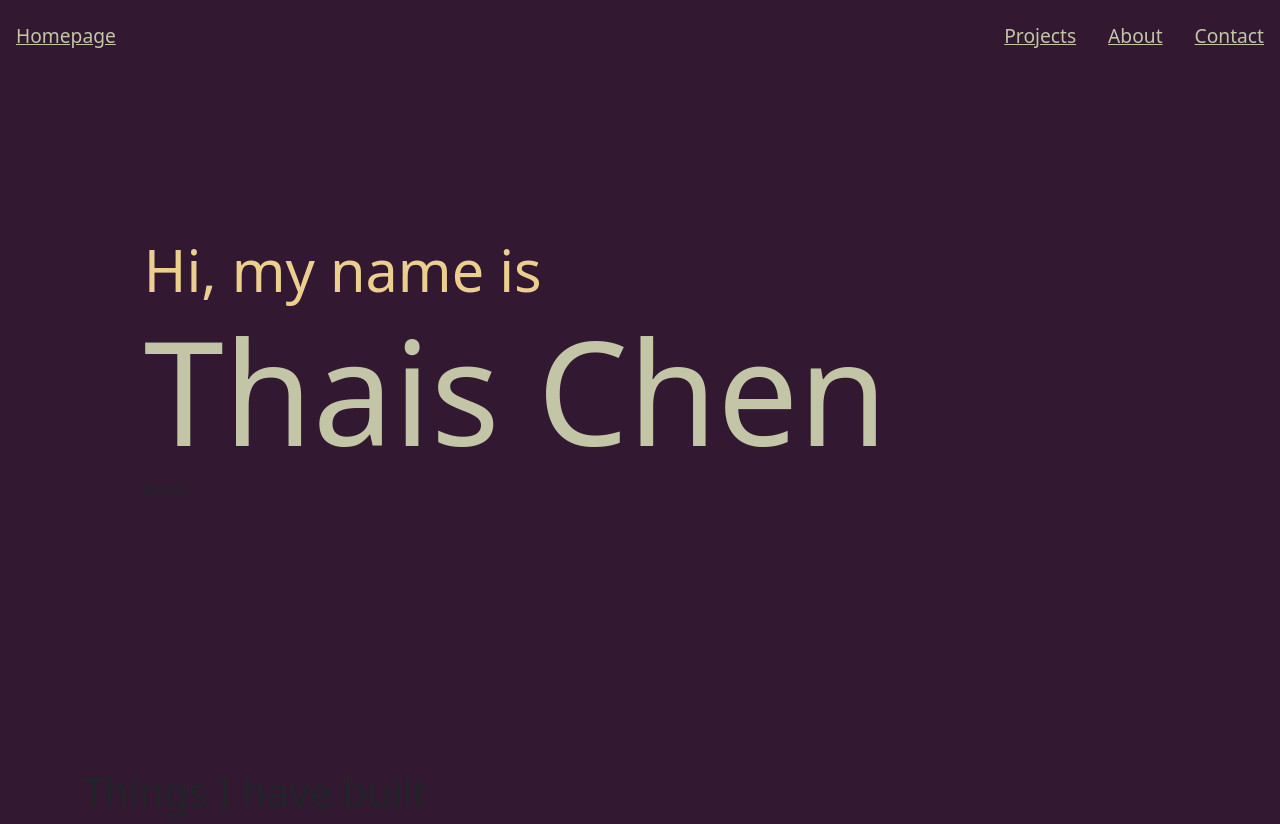
Repository: thais-chen/Portfolio
Page: index.html
An editor plug-in stored every save of this project. The page is shown before and after the next save, followed by the edit.
The browser window is 1280 px wide. The pictures show the part of the page from y = 0 to 824 px (the page is 2088 px tall before and 2117 px after).
Pictures or frames that could not be fetched are drawn as grey boxes.

Above is the page before, as saved 2022-06-17 20:02:33.

### index.html
<!DOCTYPE html>
<html lang="en">
  <head>
    <meta charset="UTF-8">
    <meta name="viewport" content="width=device-width, initial-scale=1.0">
    <meta http-equiv="X-UA-Compatible" content="ie=edge">
    <title>Thais Chen</title>
    <!-- CSS only -->
<link href="https://cdn.jsdelivr.net/npm/bootstrap@5.2.0-beta1/dist/css/bootstrap.min.css" rel="stylesheet"
    integrity="sha384-0evHe/X+R7YkIZDRvuzKMRqM+OrBnVFBL6DOitfPri4tjfHxaWutUpFmBp4vmVor" crossorigin="anonymous">
<link rel="stylesheet" href="./style.css">
  </head>
  <body>
    <header>
        <nav class="navbar">
            <ul>
                <li class="nav-icon"><a href="#contact" > Contact</a></li>
                <li><a href="#about"> About</a> </li>
                <li><a href="#projects"> Projects</a></li>
                <li style="float:left"><a href="#"> Homepage </a> </li>
            </ul>
        </nav>
    </header>
    <main>
        <div class="container">
        <section id="intro" class="row align-items-center">
            <div class="col">
                <h2>Hi, my name is </h2>
                <h1>Thais Chen</h1>
                <p>etcetc</p>
            </div>

        </section>
        <section id="projects" class="row ">
            <h1 display-3 > Things I have built </h1>


                    <div class="col">
                        <img src="https://picsum.photos/400/300">
                        <p class="pt-4">
                            HTML/CSS/JavaScript
                        </p>
                        <p class="pt-2">
                            Lorem Ipsum is simply dummy text of the printing and typesetting industry. Lorem Ipsum has been the industry's standard dummy text ever since the 1500s, when an unknown printer took a galley of type and scrambled it to make a type specimen book. It has survived not only five centuries, but also the leap into electronic typesetting, remaining essentially unchanged. It was popularised in the 1960s with the release of Letraset sheets containing Lorem
                        </p>

                    </div>
                    <div class="col">
                        <img src="https://picsum.photos/400/300">
                        <p class="pt-2">
                            Lorem Ipsum is simply dummy text of the printing and typesetting industry. Lorem Ipsum has been the industry's standard dummy text ever since the 1500s, when an unknown printer took a galley of type and scrambled it to make a type specimen book. It has survived not only five centuries, but also the leap into electronic typesetting, remaining essentially unchanged. It was popularised in the 1960s with the release of Letraset sheets containing Lorem
                        </p>
                    </div>
                    <div class="col">
                        <img src="https://picsum.photos/400/300"">
                        <p class="pt-2 ">
                            Lorem Ipsum is simply dummy text of the printing and typesetting industry. Lorem Ipsum has been the industry's standard dummy text ever since the 1500s, when an unknown printer took a galley of type and scrambled it to make a type specimen book. It has survived not only five centuries, but also the leap into electronic typesetting, remaining essentially unchanged. It was popularised in the 1960s with the release of Letraset sheets containing Lorem
                        </p>
                    </div>

        </section>
        <section id="about" class="row align-items-center">
            <h3> About Me</h3>
        </section>
        <section id="contact" class="row align-items-center">
            <h3>Let's Connect</h3>
        </section>
    </div>
    </main>
    <!-- JavaScript Bundle with Popper -->
    <script src="https://cdn.jsdelivr.net/npm/bootstrap@5.2.0-beta1/dist/js/bootstrap.bundle.min.js" integrity="sha384-pprn3073KE6tl6bjs2QrFaJGz5/SUsLqktiwsUTF55Jfv3qYSDhgCecCxMW52nD2" crossorigin="anonymous"></script>
	<script src="script.js"></script>
  </body>
</html>

### style.css
section{
    margin: 2rem;
}
body{
    background-color: #331832;
    width: 100%;
}
main{
    width: 100%;
    margin: 0px auto;
}

.container h2{
    color: #ECCE8E;
    font-size: 8vh;
    margin-bottom: 0;
    font-weight: 100;
}
.container h3{
    color: #ECCE8E;
    font-size: 2.5rem;
    margin-bottom: 0;
    font-weight: 100;
    padding-bottom: 3rem;
}

/*navbar*/
.navbar{
    display: block;
}
.navbar ul {
    list-style: none;
    padding: 0;
    margin: 0;
  }
  .navbar li {
    float: right;
  }
  .navbar li a {
    display: inline-block;
    text-align: center;
    color: #C2C6A7;
    padding: 14px 16px;
    font-size: larger;

}
/* introduction*/
#intro{
    min-height: 100vh;
}
#intro h3{
    color: #ECCE8E;
    font-size: 8vh;
    margin-bottom: 0;
    font-weight: 100;
}
#intro h1{
    color: #C2C6A7;
    font-size: 20vh;
    margin: 0;
}
/* projects */
#projects p{
    color:#DBCF96 ;
    text-align: center;
}

Loaded but not shown: script.js (no copy from this time; the picture is the same without it)

After the next save:
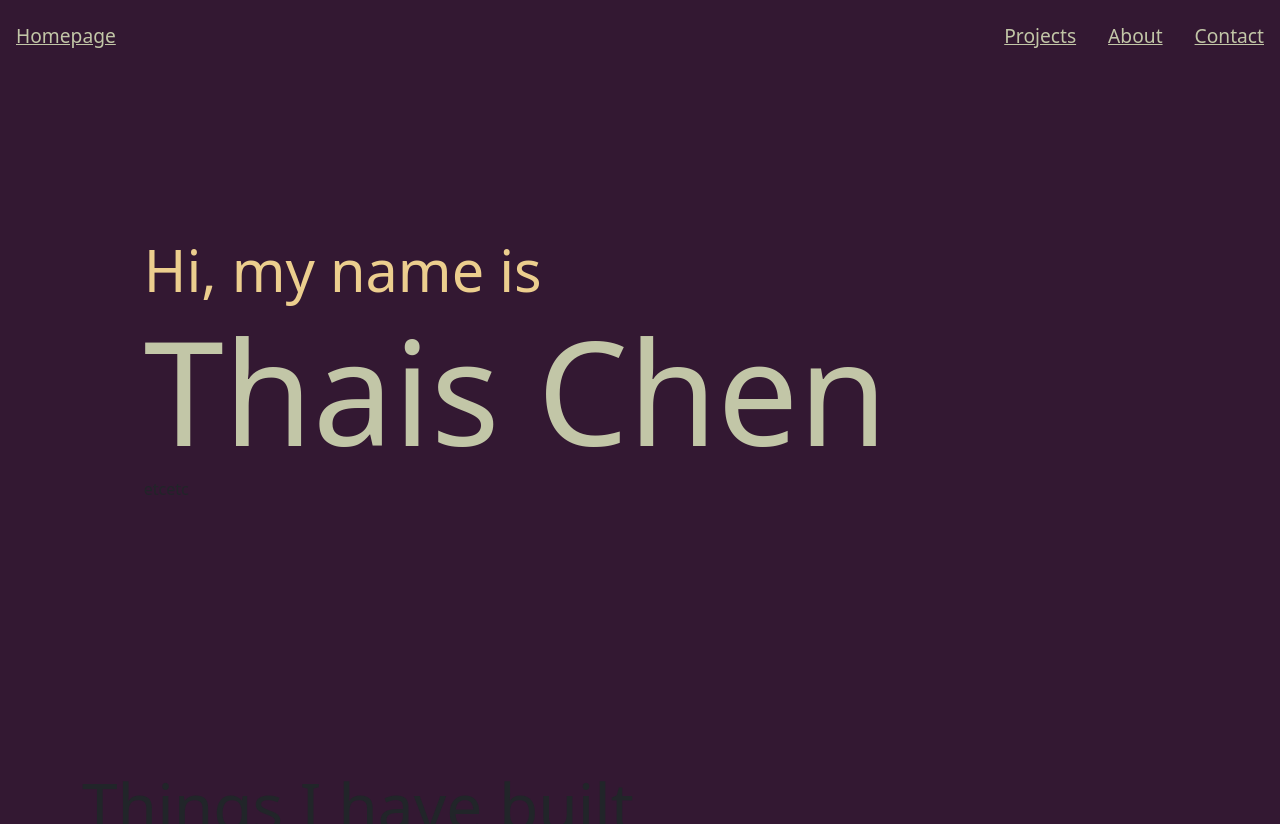
Saved 4 s later.
--- a/index.html
+++ b/index.html
@@ -32,7 +32,7 @@
 
         </section>
         <section id="projects" class="row ">
-            <h1 display-3 > Things I have built </h1>
+            <h1 class="display-3" > Things I have built </h1>
 
 
                     <div class="col">
